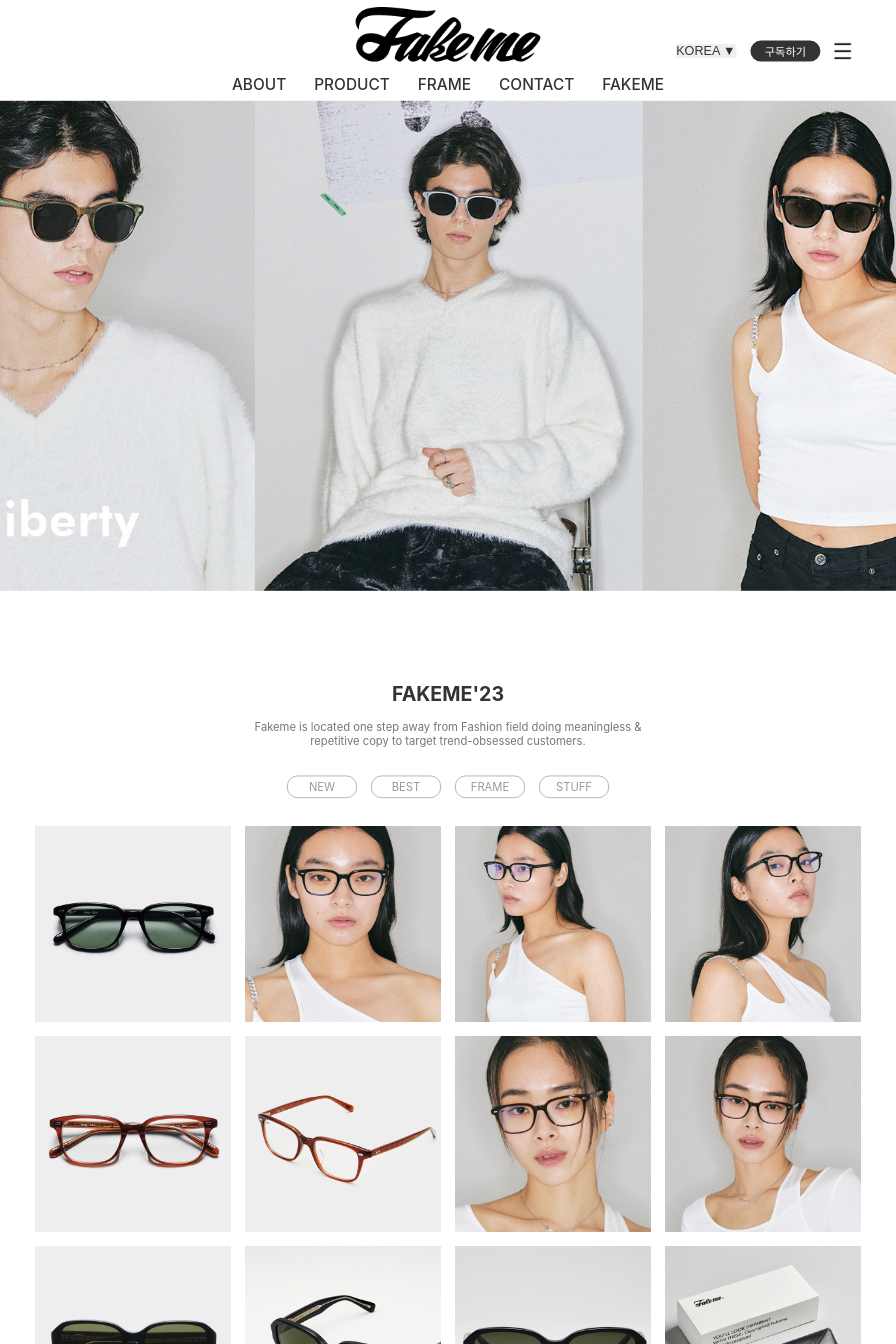
Repository: songjiwon17/fakeme_project
Page: /
The author's editor kept a copy of each file at every save. The page is drawn from the files as they stood at one save, then again after the next save.
The browser window is 1280 px wide. The pictures show the part of the page from y = 0 to 1920 px (the page is 7148 px tall), at 70% of full size.
The project was rebuilt for these pictures with package versions that can differ from the ones it lists, and the page was loaded fresh each time. Also part of the build but not shown: src/pages/About.jsx, src/data/product.js, src/pages/Product.jsx, src/pages/Frame.jsx, src/pages/Contact.jsx, src/pages/Fakeme.jsx.

Above is the page before, as saved 2023-11-16 17:43:32.

After the next save:
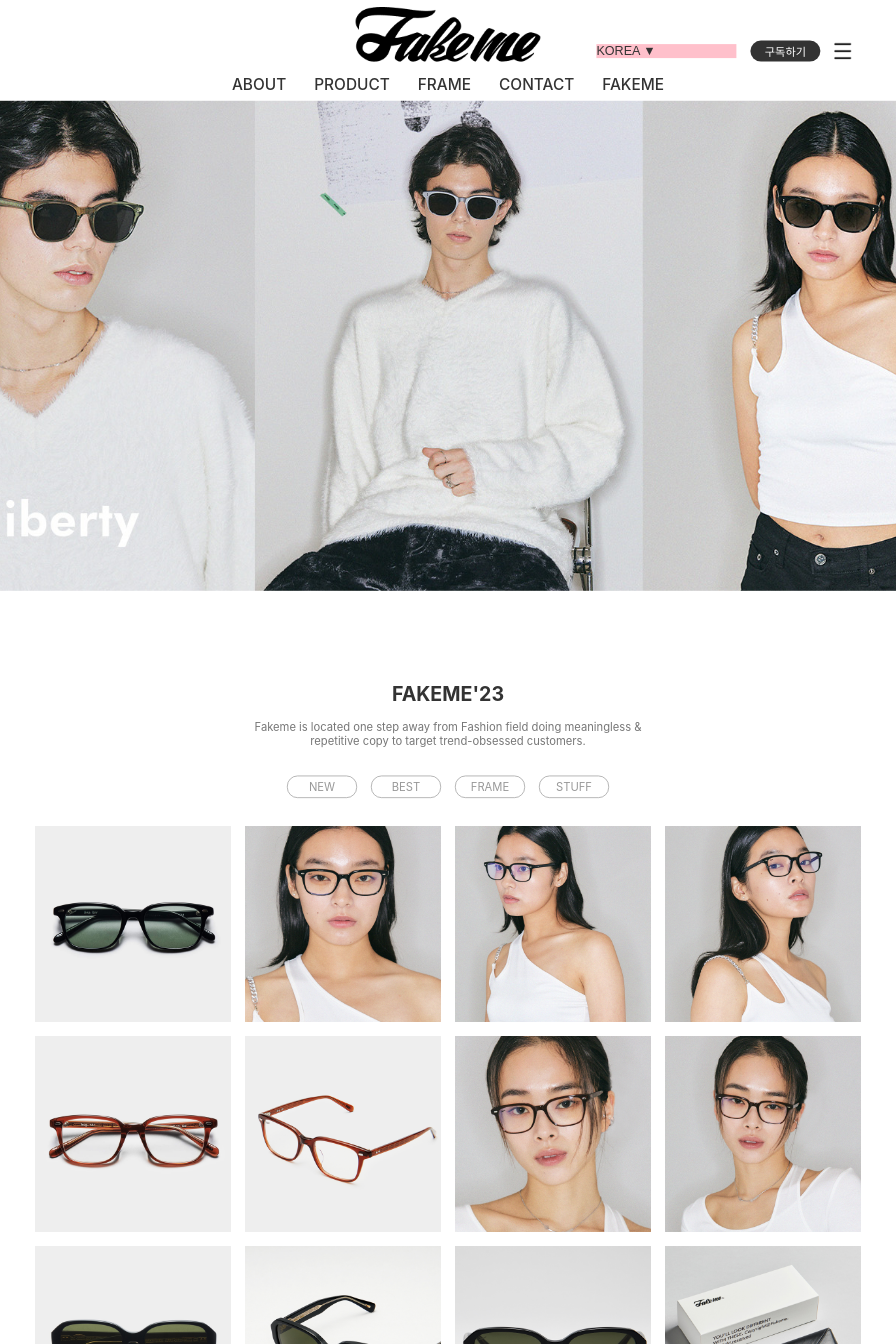
Saved 41 s later.
--- a/src/components/App.css
+++ b/src/components/App.css
@@ -41,7 +41,7 @@
   position: absolute; right: 5%; top: 40%;
   display: flex; align-items: center;
 }
-header .lang{font-size: 18px; font-weight: 500; cursor: pointer;}
+header .lang{width: 200px; background-color: pink; font-size: 18px; font-weight: 500; cursor: pointer;}
 header .lang::after{
   position: absolute; left: 0; bottom: 0;
   content: '';
